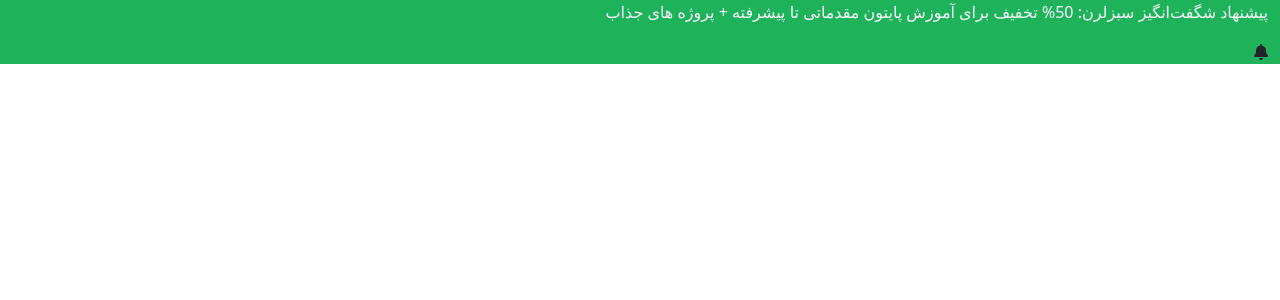
Repository: mobina-mirzaei/final-project-mirzaei
Page: index.html
These files come from the project's save history. The page is drawn as it stood at one moment and after the next save; the edit follows.
The browser window is 1280 px wide. The pictures show the whole page.
The style sheet was rebuilt from its Sass, Less or Tailwind sources for each picture, by a compiler version that may differ from the author's.

Above is the page before, as saved 2025-06-05 18:45:21.

### index.html
<!DOCTYPE html>
<html lang="fa" dir="rtl">
  <head>
    <meta charset="UTF-8" />
    <meta name="viewport" content="width=device-width, initial-scale=1.0" />
    <link
      rel="stylesheet"
      href="./assets/bootstrap-5.1.3-dist/bootstrap-5.1.3-dist/css/bootstrap.rtl.min.css"
    />
    <script
      src="./assets/bootstrap-5.1.3-dist/bootstrap-5.1.3-dist/js/bootstrap.bundle.min.js"
      defer
    ></script>
    <link rel="stylesheet" href="./assets/css/main.css" />
     <link rel="stylesheet" href="https://cdnjs.cloudflare.com/ajax/libs/font-awesome/6.5.0/css/all.min.css">
    <title>SabzLearn</title>
  </head>
  <body>
    <div class="container-fluid">
      <div class="row d-flex justify-content-between aling-items-center">
        <div class="col-lg-12 pre-nav">
          <p class="text-light">
            پیشنهاد شگفت‌انگیز سبزلرن: 50% تخفیف برای آموزش پایتون مقدماتی تا
            پیشرفته + پروژه های جذاب
          </p>
          <i class="fas fa-bell"></i>
        </div>
      </div>
    </div>
  </body>
</html>

### assets/scss/main.scss
.pre-nav{
    background-color:rgb(30 179 91);
}

Loaded but not shown: assets/bootstrap-5.1.3-dist/bootstrap-5.1.3-dist/css/bootstrap.rtl.min.css (library); assets/bootstrap-5.1.3-dist/bootstrap-5.1.3-dist/js/bootstrap.bundle.min.js (library)

After the next save:
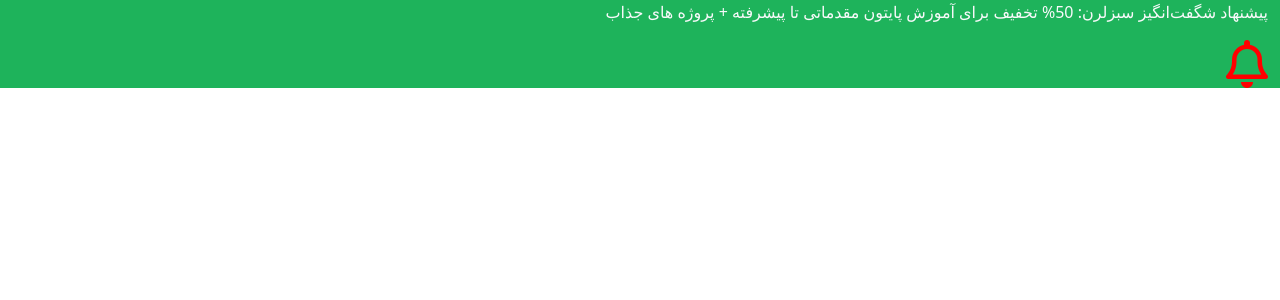
Saved 80 s later.
--- a/index.html
+++ b/index.html
@@ -23,7 +23,7 @@
             پیشنهاد شگفت‌انگیز سبزلرن: 50% تخفیف برای آموزش پایتون مقدماتی تا
             پیشرفته + پروژه های جذاب
           </p>
-          <i class="fas fa-bell"></i>
+          <i class='far fa-bell' style='font-size:48px;color:red'></i>
         </div>
       </div>
     </div>
